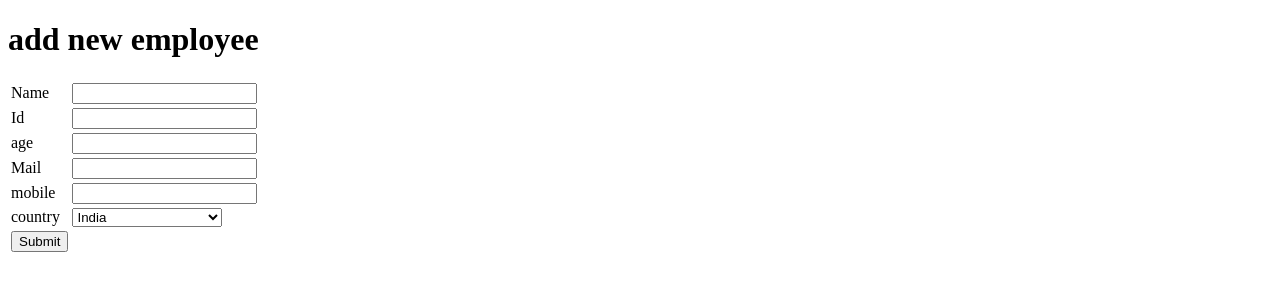
Repository: zeeshan495/AdvanceJava
Page: CrudServlets/WebContent/index.html
An editor plug-in stored every save of this project. The page is shown before and after the next save, followed by the edit.
The browser window is 1280 px wide. The pictures show the whole page.

Above is the page before, as saved 2018-06-28 09:41:49.

After the next save:
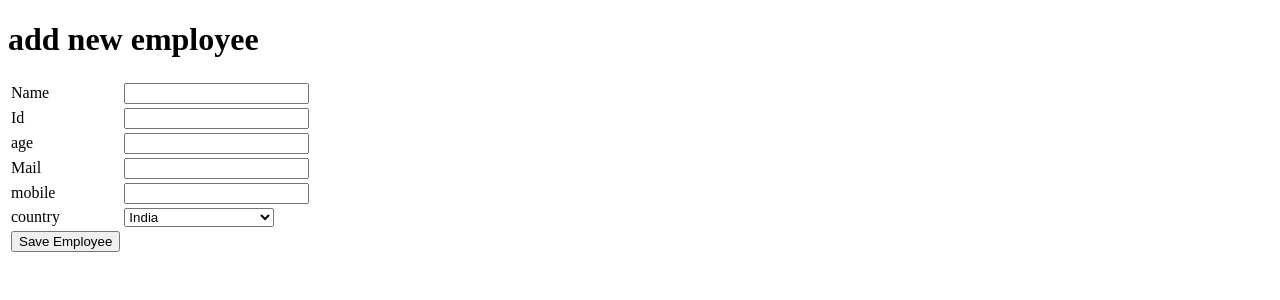
Saved 66 s later.
--- a/CrudServlets/WebContent/index.html
+++ b/CrudServlets/WebContent/index.html
@@ -20,9 +20,7 @@
 <option>Other</option>
 </select>
 </td></tr>
-<tr><td><input type="submit" name="save"></td></tr>
-
-
+<tr><td><input type="submit" value="Save Employee"></td></tr>
 
 </table>
 </form>
